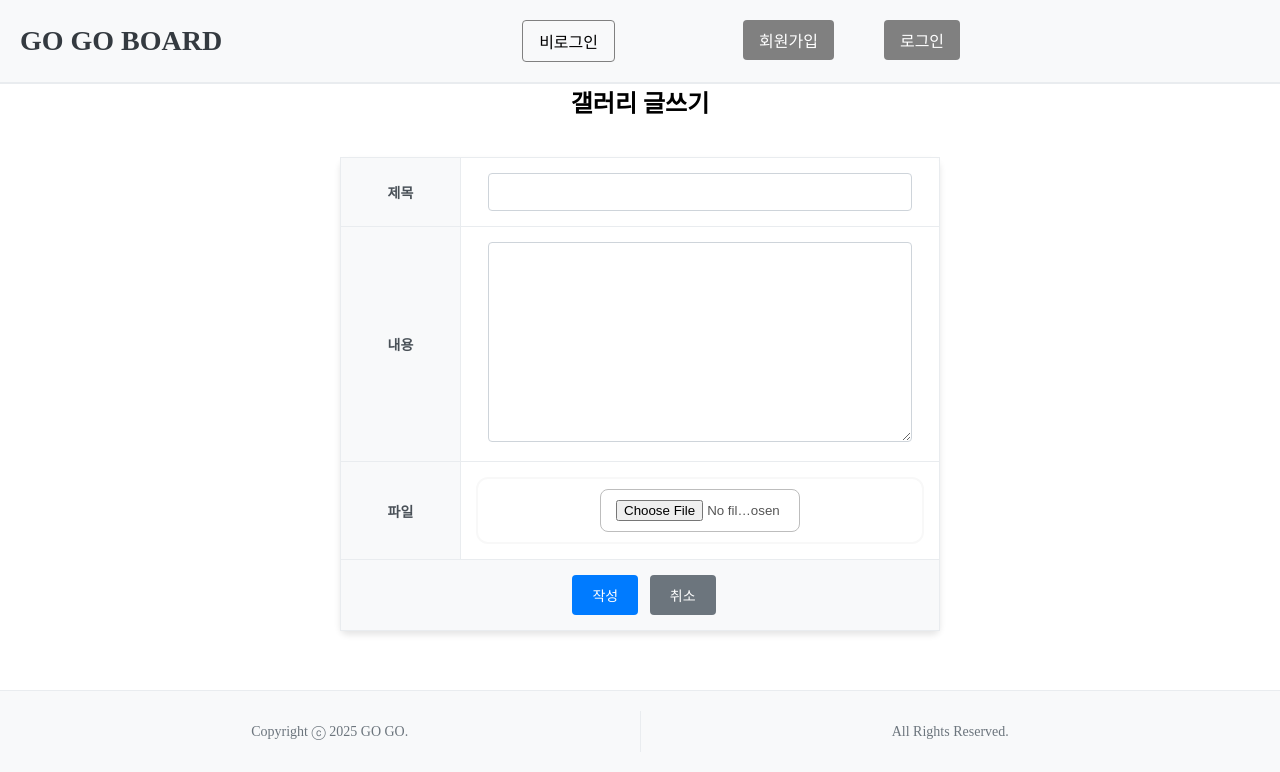
Repository: 1plus1equals3-true/Board-Project
Page: http://localhost/jsp/board/write_gallery.jsp
These files come from the project's save history. The page is drawn as it stood at one moment and after the next save; the edit follows.
The browser window is 1280 px wide. The pictures show the whole page.
The page is served by Tomcat 9.

Above is the page before, as saved 2025-09-23 06:05:47.

After the next save:
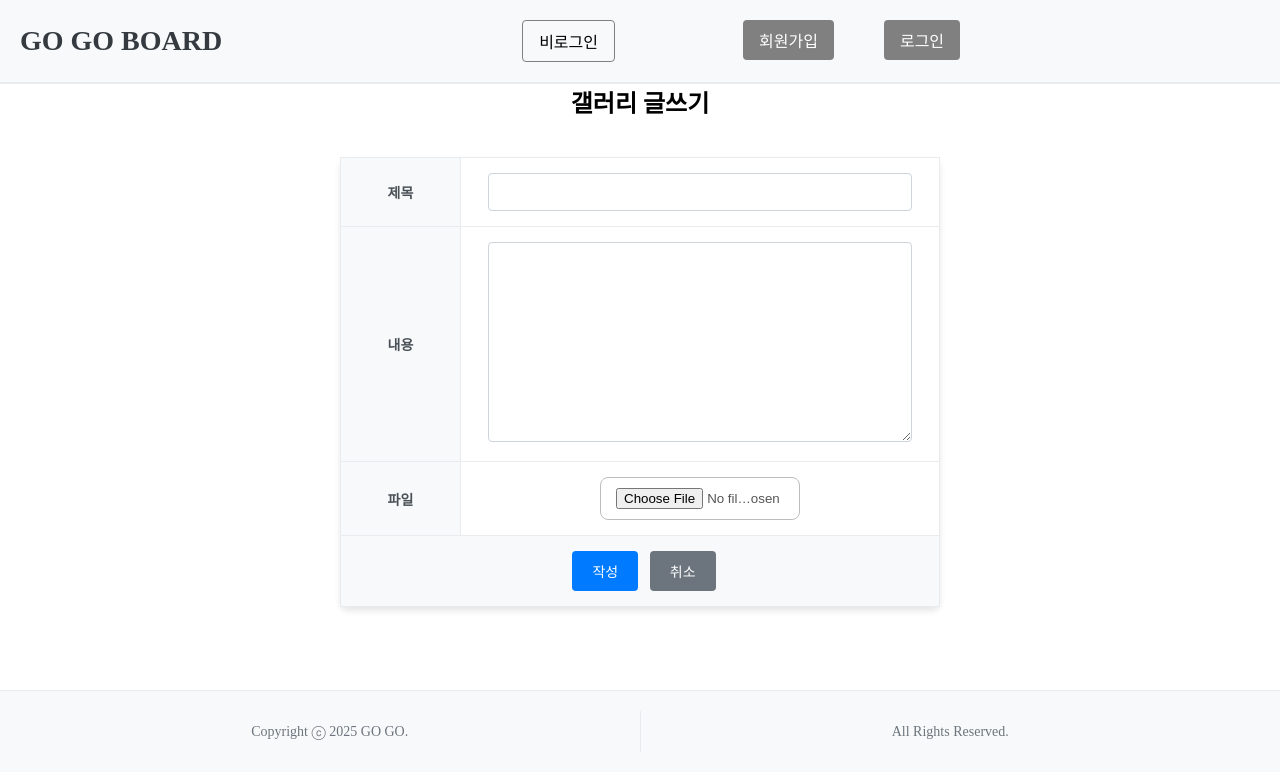
Saved 12 s later.
--- a/jsp/src/main/webapp/board/write_gallery.jsp
+++ b/jsp/src/main/webapp/board/write_gallery.jsp
@@ -99,8 +99,7 @@
   gap: 15px; /* 요소들 사이의 간격 */
 
   /* 나머지 디자인 스타일은 그대로 유지 */
-  padding: 10px;
-  border: 2px solid #F8F8F8;
+  padding: 0px;
   border-radius: 12px;
   background-color: white;
 }
